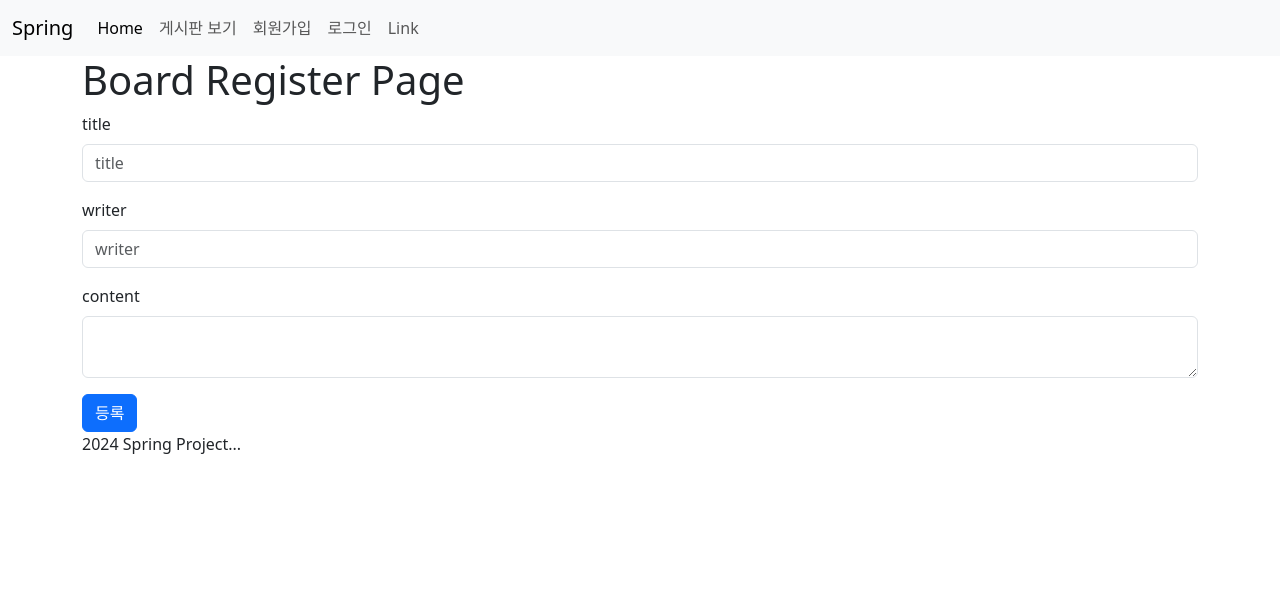
Repository: oco0217/springTest240430
Page: http://localhost/spring_study/WEB-INF/views/board/register.jsp
The author's editor kept a copy of each file at every save. The page is drawn from the files as they stood at one save, then again after the next save.
The browser window is 1280 px wide. The pictures show the whole page.
The page is served by Tomcat 9. Nobody is signed in. The template is opened directly, without the code that normally fills it, so the values that code supplies are empty.

Above is the page before, as saved 2024-04-29 01:16:44.

After the next save:
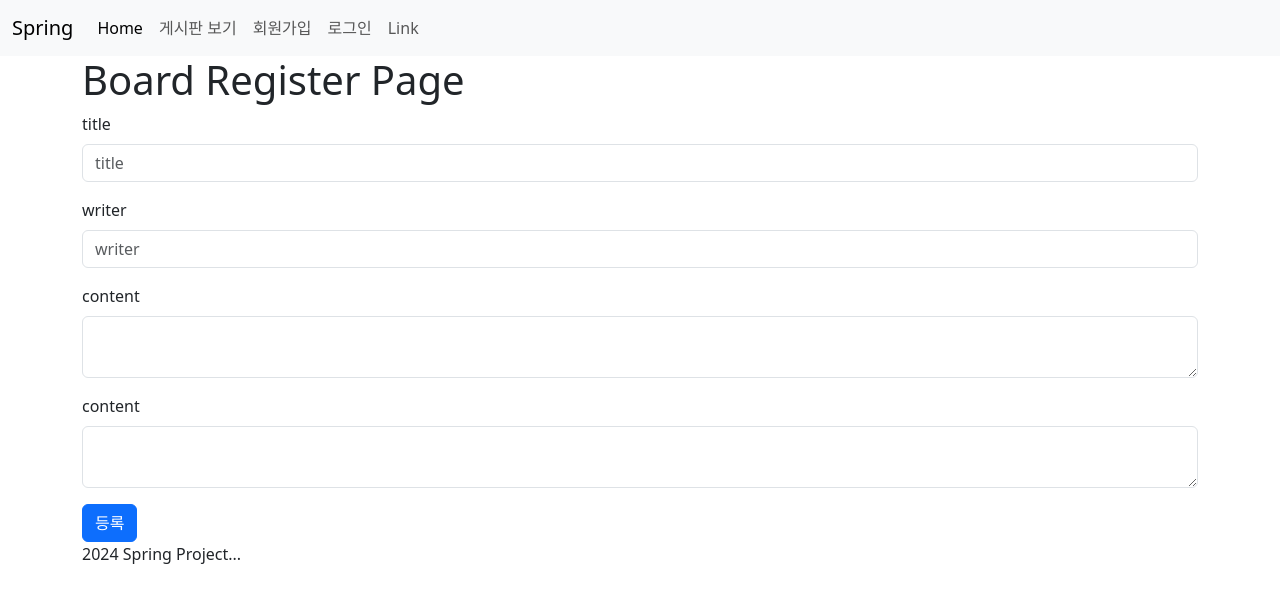
Saved 52 s later.
--- a/spring_study/src/main/webapp/WEB-INF/views/board/register.jsp
+++ b/spring_study/src/main/webapp/WEB-INF/views/board/register.jsp
@@ -19,6 +19,13 @@
   <textarea class="form-control" id="c" name="content" aria-label="With textarea"></textarea>
 </div>
 
+<!-- 파일 입력라인 추가 -->
+
+<div class="mb-3">
+  <label for="f" class="form-label">content</label>
+  <textarea class="form-control" id="c" name="content" aria-label="With textarea"></textarea>
+</div>
+
 <button type="submit" class="btn btn-primary">등록</button>
 
 </form>
